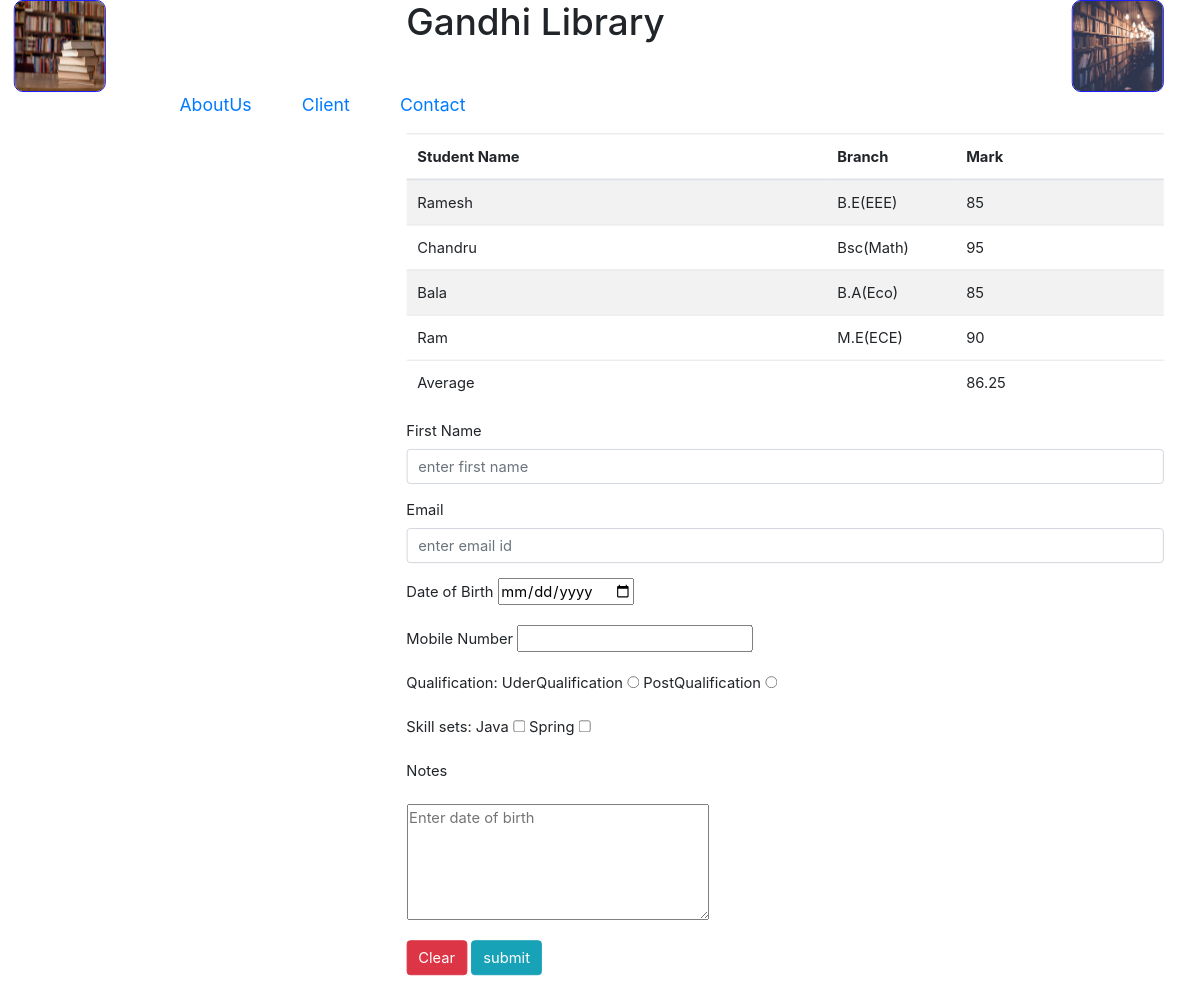
Repository: venkatesakki/JavaDeveloper
Page: css_examples/src/main/webapp/examplebootstrap.html
These files come from the project's save history. The page is drawn as it stood at one moment and after the next save; the edit follows.
The browser window is 1280 px wide. The page is 1280 px wide, then 1295 px, so the pictures cover 1295 px, including what lies to the right of the window. The pictures show the whole page, at 92% of full size.

Above is the page before, as saved 2022-06-27 09:55:25.

### css_examples/src/main/webapp/examplebootstrap.html
<!DOCTYPE html>
<html>
<head>
<meta charset="UTF-8">
<title>Insert title here</title>
<link rel="stylesheet"
	href="https://cdn.jsdelivr.net/npm/bootstrap@4.0.0/dist/css/bootstrap.min.css"
	integrity="sha384-Gn5384xqQ1aoWXA+058RXPxPg6fy4IWvTNh0E263XmFcJlSAwiGgFAW/dAiS6JXm"
	crossorigin="anonymous">
<style type="text/css">
ul>li {
	display: inline;
	margin-left: 50px;
}

a {
	text-decoration: none;
	font-size: 1.2em;
}

.smallImage {
	width: 100px;
	height: 100px;
	border: 1px solid blue;
	border-radius: 10px;
}

.left {
	float: left;
}

.right {
	float: right;
}
</style>

</head>
<body>

	<div class="container-fluid">
		<div class="row">

			<div class="col-md-4">
				<img alt="Image of Book" src="images/sample.jpg"
					class="smallImage left">
			</div>
			<div class="col-md-4">
				<h1>Gandhi Library</h1>
			</div>

			<div class="col-md-4">
				<img alt="Image of Book" src="images/sample1.jpeg"
					class="smallImage right">
			</div>

		</div>



		<div class="row">
			<nav class="col-md-12">
				<ul style="margin-left: 90px">

					<li><a href="aboutus.html">AboutUs</a></li>
					<li><a href="client.html">Client</a></li>
					<li><a href="contact.html">Contact</a></li>

				</ul>
			</nav>


		</div>

		<div class="row">
			<div class="col-md-4"></div>
			<div class="col-md-8">

				<table class="table table-striped">
					<thead class="ligt">
						<tr>
							<th>Student Name</th>
							<th style="width: 140px">Branch</th>
							<th>Mark</th>
						</tr>
					</thead>


					<tbody class="dark">
						<tr>
							<td>Ramesh</td>
							<td>B.E(EEE)</td>
							<td>85</td>
						</tr>
						<tr>
							<td>Chandru</td>
							<td>Bsc(Math)</td>
							<td>95</td>
						</tr>
						<tr>
							<td>Bala</td>
							<td>B.A(Eco)</td>
							<td>85</td>
						</tr>
						<tr>
							<td>Ram</td>
							<td>M.E(ECE)</td>
							<td>90</td>
						</tr>
					</tbody>
					<tfoot class="darkest">
						<tr>
							<td colspan="2" class="centerText">Average</td>
							<td>86.25</td>
						</tr>
					</tfoot>
				</table>


			</div>
		</div>


		<div class="row">
			<div class="col-md-4"></div>
			<div class="col-md-8">

				<form action="client.html" method="post">
					<div class="form-group">
						<label for="firstName">First Name</label> <input type="text"
							name="firstName" id="firstName" required class="form-control"
							placeholder="enter first name" />
					</div>
					<div class="form-group">
						<label for="email">Email</label> <input type="email" name="email"
							id="email" multiple="multiple" class="form-control"
							placeholder="enter email id" />
					</div>
					<div class="form-group">
						<label for="birthDate">Date of Birth</label> <input type="date"
							name="birthDate" id="birthDate" />
					</div>
					<div class="form-group">
						<label for="mobile">Mobile Number</label> <input type="tel"
							name="mobileNumber" id="mobile" pattern="[0-9]{10}" />
					</div>
					<div class="form-group">
						<label for="">Qualification:</label> <label for="ug">UderQualification</label>
						<input type="radio" value="Under Graduate" name="qualidication"
							id="ug" /> <label for="pg">PostQualification</label> <input
							type="radio" value="Post Graduate" name="qualidication" id="pg" />
					</div>
					<div class="form-group">
						<label for="skill">Skill sets:</label> <label for="java">Java</label>
						<input type="checkbox" value="java" name="skill" id="java" /> <label
							for="spring">Spring</label> <input type="checkbox" value="spring"
							name="skill" id="spring" />

					</div>
					<div class="form-group">
						<label for="notes">Notes</label>
					</div>
					<div class="form-group">
						<textarea name="notes" cols="30" rows="5" id="notes"
							placeholder="Enter date of birth"></textarea>
					</div>
					<div class="form-group">
						<input type="reset" value="Clear" class="btn btn-danger" /> <input
							type="submit" value="submit" class="btn btn-info" />

					</div>
				</form>


			</div>

		</div>
	</div>

</body>
</html>

After the next save:
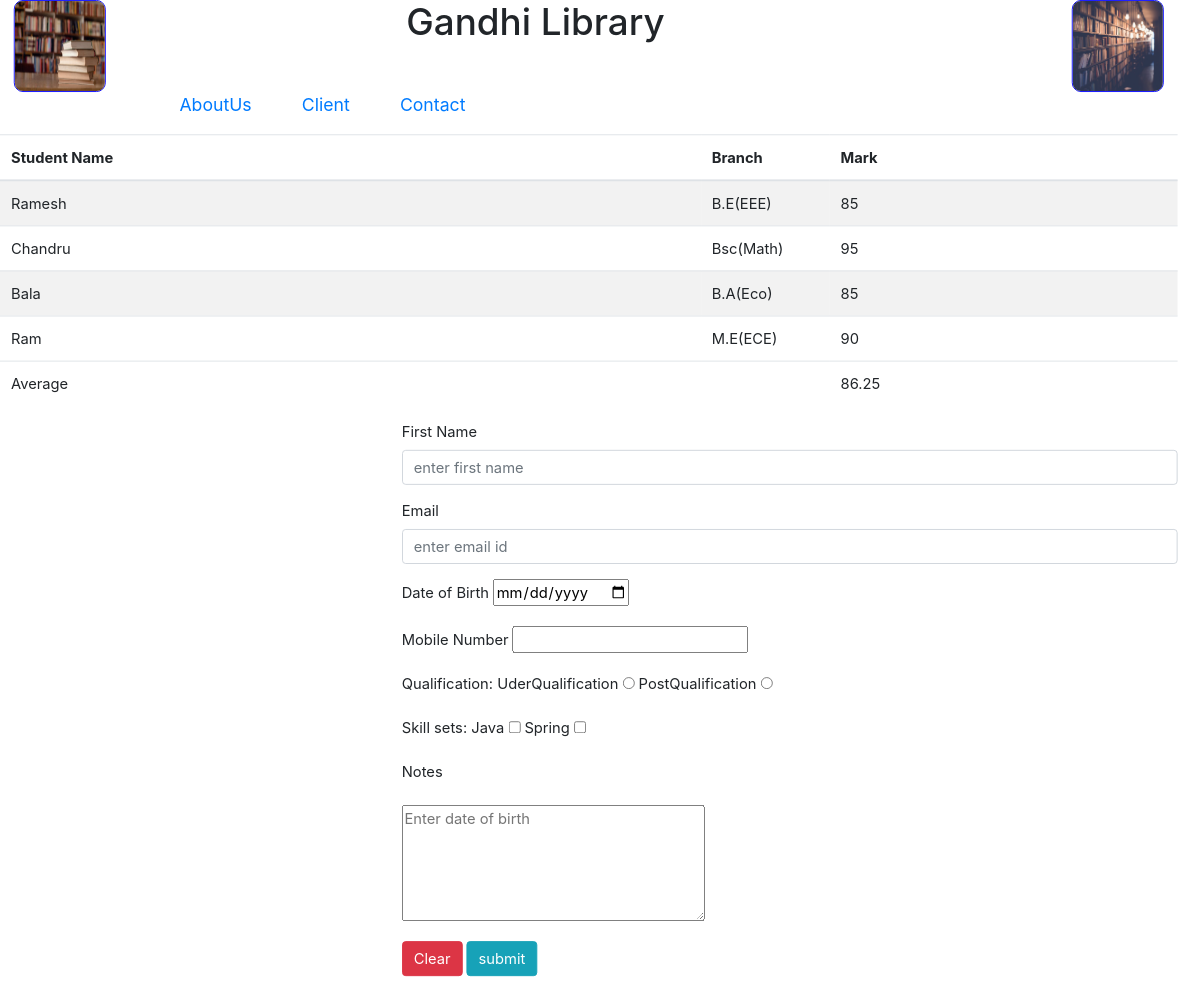
Saved 34 s later.
--- a/css_examples/src/main/webapp/examplebootstrap.html
+++ b/css_examples/src/main/webapp/examplebootstrap.html
@@ -73,7 +73,7 @@ a {
 
 		<div class="row">
 			<div class="col-md-4"></div>
-			<div class="col-md-8">
+
 
 				<table class="table table-striped">
 					<thead class="ligt">
